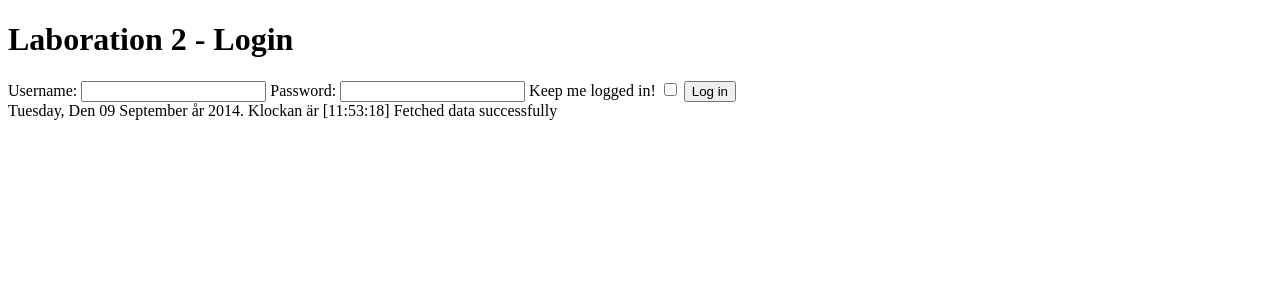
Repository: me222rs/PHPlabb2
Page: http://localhost/
The author's editor kept a copy of each file at every save. The page is drawn from the files as they stood at one save, then again after the next save.
The browser window is 1280 px wide. The pictures show the whole page.
The page is run by PHP 8.4 with error messages shown; the project is at /var/www/html/. Queries for data that is not in the repository find no rows.

Above is the page before, as saved 2014-09-09 13:00:44.

After the next save:
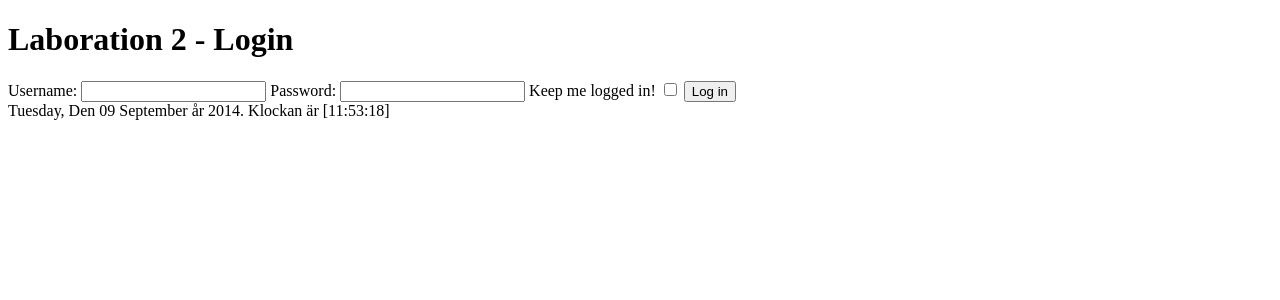
Saved 81 s later.
--- a/PHPLabb2/index.php
+++ b/PHPLabb2/index.php
@@ -37,29 +37,11 @@
 	</html>
 	";
 
-	$dbhost = '127.0.0.1';
-
-$conn = mysql_connect($dbhost);
-if(! $conn )
-{
-  die('Could not connect: ' . mysql_error());
-}
-$sql = 'SELECT * FROM loginshit';
-
-mysql_select_db('login');
-$retval = mysql_query( $sql, $conn );
-if(! $retval )
-{
-  die('Could not get data: ' . mysql_error());
-}
-while($row = mysql_fetch_array($retval, MYSQL_ASSOC))
-{
-    echo "EMP ID :{$row['emp_id']}  <br> ".
-         "EMP NAME : {$row['emp_name']} <br> ".
-         "EMP SALARY : {$row['emp_salary']} <br> ".
-         "--------------------------------<br>";
-}
-echo "Fetched data successfully\n";
-mysql_close($conn);
+	$server = 'localhost';
+$user = 'myUser';
+$pass = 'myPass';
+$dbname = 'MyDatabase';
+$con = mysql_connect($server, $user, $pass) or die("Can't connect");
+mysql_select_db($dbname);
 
 ?>
